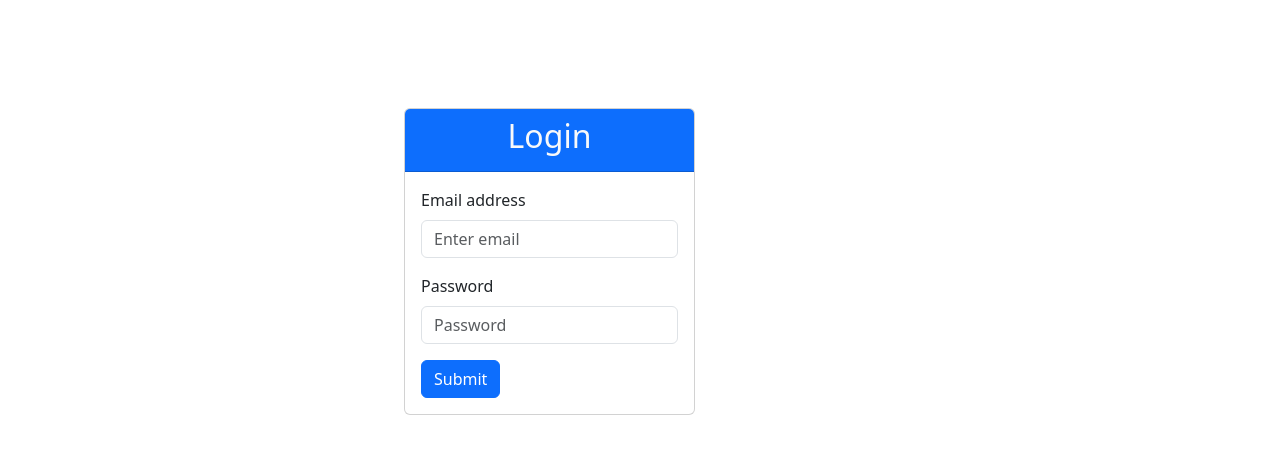
Repository: trider/react-task-app
Page: /login
An editor plug-in stored every save of this project. The page is shown before and after the next save, followed by the edit.
The browser window is 1280 px wide. The pictures show the whole page.
The project was rebuilt for these pictures with package versions that can differ from the ones it lists, and the page was loaded fresh each time.

Above is the page before, as saved 2024-05-02 16:20:29.

### src/App.js

import 'bootstrap/dist/css/bootstrap.min.css';
import LoginForm from "./pages/Login";



let App = () => {
  return (
    <div>

      <LoginForm />


    </div>


  );
}


export default App;

### src/pages/Login.js

import Button from 'react-bootstrap/Button';
import Container from 'react-bootstrap/Container';
import Form from 'react-bootstrap/Form';
import Card from 'react-bootstrap/Card';

const FormBody = () => {
  return (
    <div>
      <Form>
        <Form.Group className="mb-3" controlId="formBasicEmail">
          <Form.Label>Email address</Form.Label>
          <Form.Control type="email" placeholder="Enter email" />
        </Form.Group>

        <Form.Group className="mb-3" controlId="formBasicPassword">
          <Form.Label>Password</Form.Label>
          <Form.Control type="password" placeholder="Password" />
        </Form.Group>

        <Button variant="primary" type="submit">
          Submit
        </Button>
      </Form>
    </div>
  );

}



const LoginForm = () => {
  return (
    <div className='mx-auto p-2' style={{ marginTop: '100px', width: '40%' }}>
      <Container fluid className='container-lg d-lg-flex'>
        <Card className='card-sm'>
          <Card.Header className='bg-primary text-light text-center' >
            <h2>Login</h2>
          </Card.Header>
          <Card.Body>
            <FormBody />

          </Card.Body>
        </Card>

      </Container>
    </div>





  );
}

export default LoginForm;

Loaded but not shown: public/index.html (common file); src/index.js (common file); src/index.css (common file); src/reportWebVitals.js (common file)

After the next save:
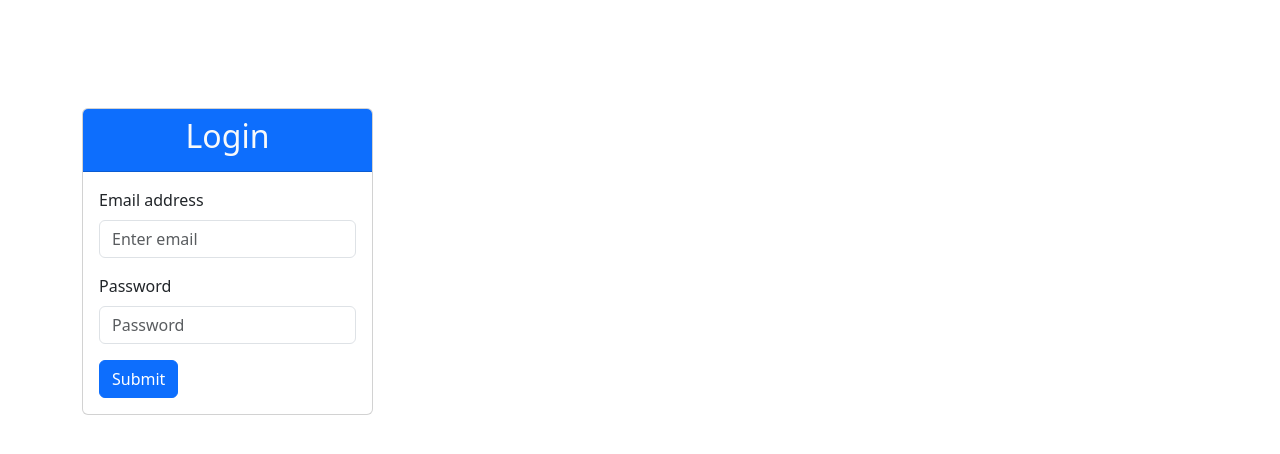
Saved 14 s later.
--- a/src/pages/Login.js
+++ b/src/pages/Login.js
@@ -31,7 +31,7 @@ const FormBody = () => {
 
 const LoginForm = () => {
   return (
-    <div className='mx-auto p-2' style={{ marginTop: '100px', width: '40%' }}>
+    <div className='mx-auto p-2' style={{ marginTop: '100px' }}>
       <Container fluid className='container-lg d-lg-flex'>
         <Card className='card-sm'>
           <Card.Header className='bg-primary text-light text-center' >
